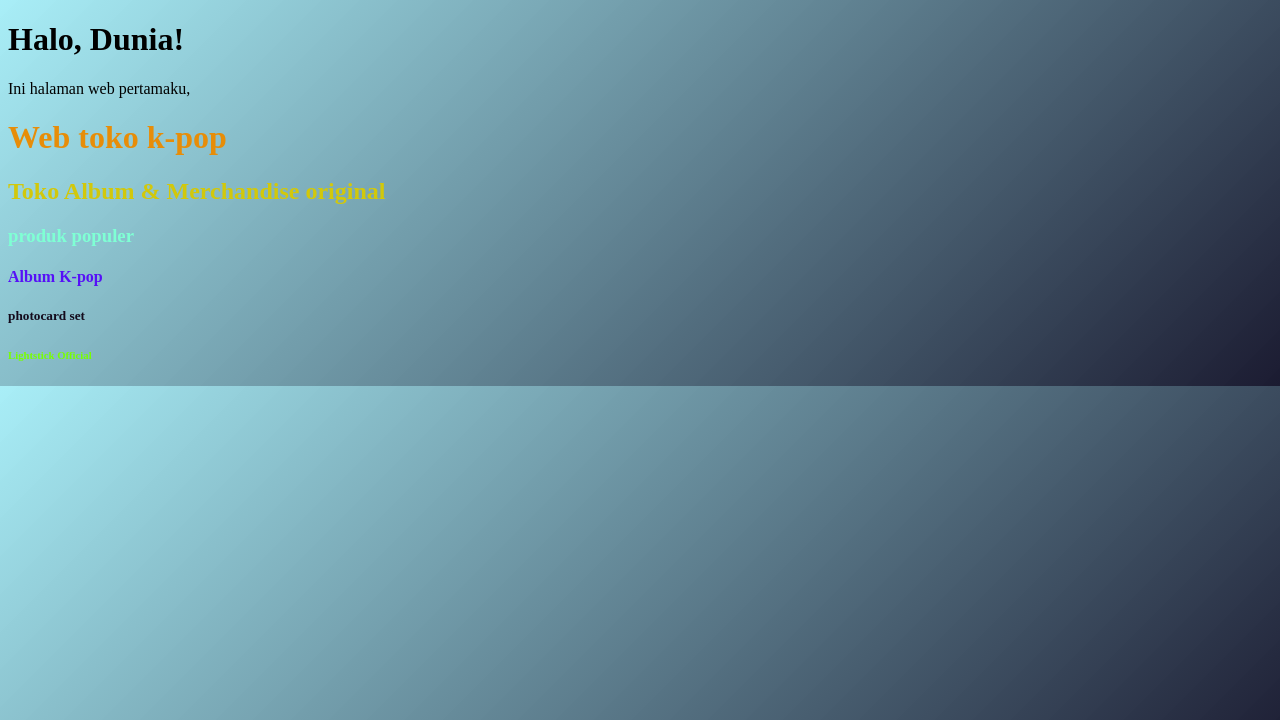
Repository: sekartazivi/241552010020-Web-Application-Development
Page: test.html
The author's editor kept a copy of each file at every save. The page is drawn from the files as they stood at one save, then again after the next save.
The browser window is 1280 px wide. The pictures show the whole page.

Above is the page before, as saved 2026-02-20 08:54:37.

### test.html
<!DOCTYPE html>
<html lang="en">
<head>
    <meta charset="UTF-8">
    <meta name="viewport" content="width=device-width, initial-scale=<,>">
    <title> web toko kpop</title>

    <style>
         body {
            background: linear-gradient(135deg, #97ebf6d3, #1b1b31);
        }
    </style>

</head>
<body>
    <h1 style="color: black;">Halo, Dunia!</h1>
    <p>Ini halaman web pertamaku,</p>
    <h1 style="color: rgb(231, 141, 8);">Web toko k-pop</h1>
    <h2 style="color: rgb(210, 200, 11);">Toko Album & Merchandise original</h2>
    <h3 style="color: aquamarine;" >produk populer</h3>
    <h4 style="color: rgb(86, 16, 247);" >Album K-pop</h4>
    <h5 style="color: rgb(20, 11, 28);">photocard set</h5>
    <h6 style="color: rgb(119, 255, 0);">Lightstick Official</h6>
</body>
</html>

After the next save:
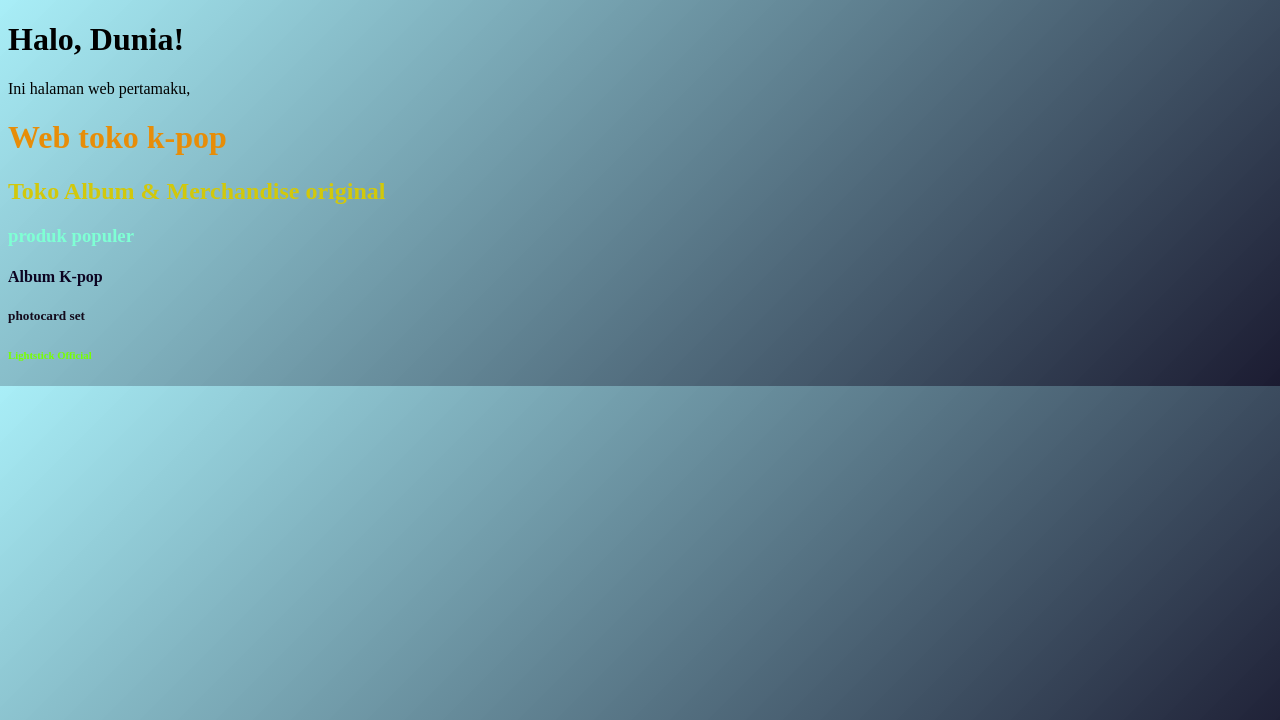
Saved 13 s later.
--- a/test.html
+++ b/test.html
@@ -18,7 +18,7 @@
     <h1 style="color: rgb(231, 141, 8);">Web toko k-pop</h1>
     <h2 style="color: rgb(210, 200, 11);">Toko Album & Merchandise original</h2>
     <h3 style="color: aquamarine;" >produk populer</h3>
-    <h4 style="color: rgb(86, 16, 247);" >Album K-pop</h4>
+    <h4 style="color: rgb(12, 3, 33);" >Album K-pop</h4>
     <h5 style="color: rgb(20, 11, 28);">photocard set</h5>
     <h6 style="color: rgb(119, 255, 0);">Lightstick Official</h6>
 </body>
